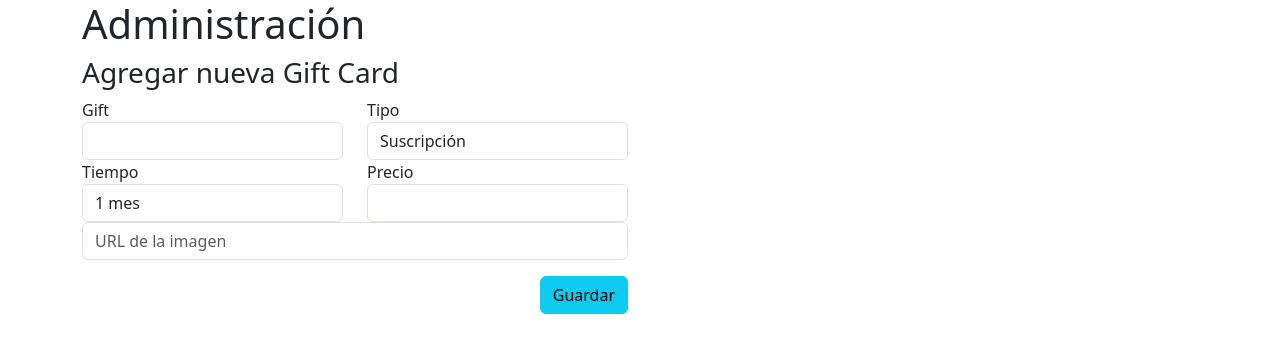
Repository: pedro-donoso/vanilla-js
Page: index.html
An editor plug-in stored every save of this project. The page is shown before and after the next save, followed by the edit.
The browser window is 1280 px wide. The pictures show the whole page.

Above is the page before, as saved 2024-01-31 13:43:39.
Console error: SyntaxError: Unexpected identifier 'assert'

After the next save:
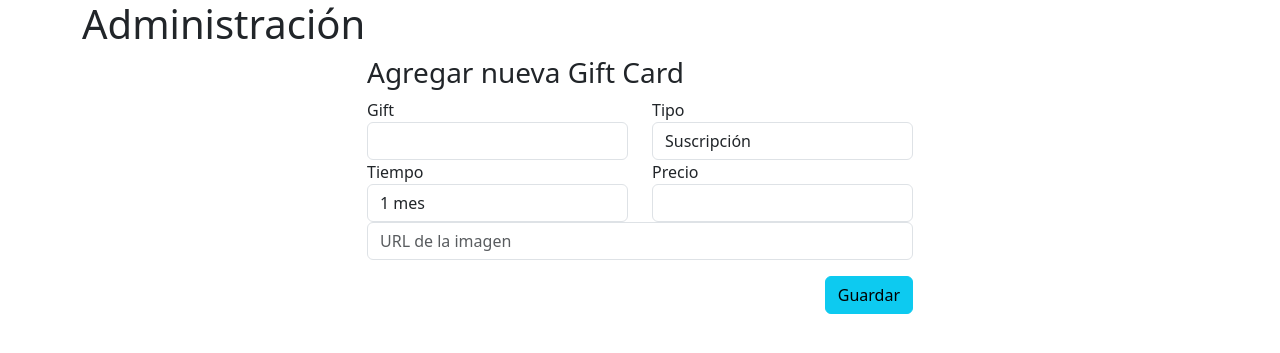
Saved 4 s later.
--- a/index.html
+++ b/index.html
@@ -18,7 +18,7 @@
             </div>
         </div>
         <div class="row">
-            <div class="col-12 col-md-6 offset-">
+            <div class="col-12 col-md-6 offset-md-3">
                 <h3>Agregar nueva Gift Card</h3>
                 <form>
                     <div class="row">
